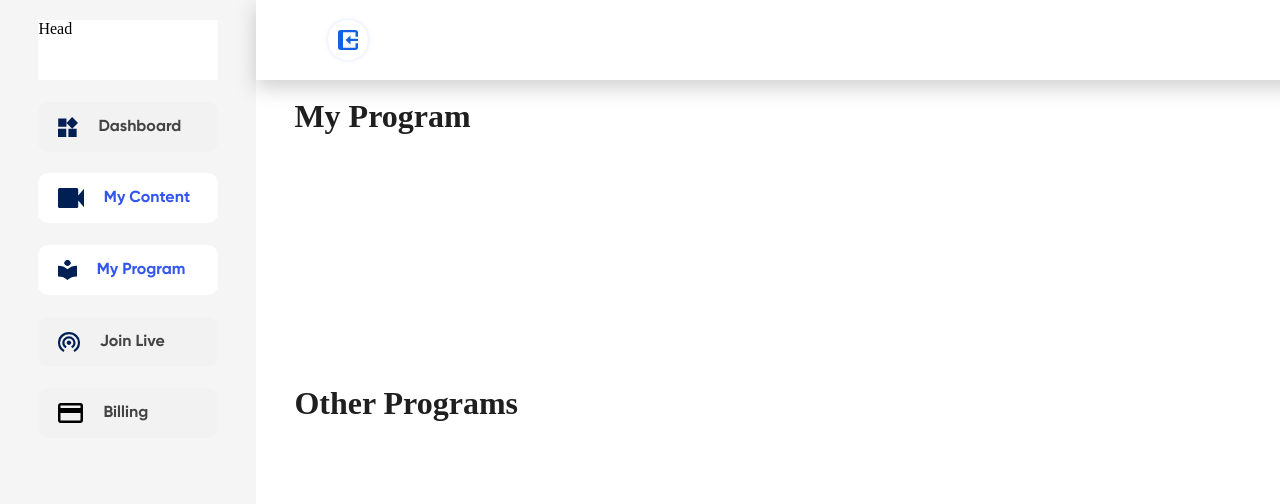
Repository: harshuuu18/crusp-admin
Page: /user/program
These files come from the project's save history. The page is drawn as it stood at one moment and after the next save; the edit follows.
The browser window is 1280 px wide. The pictures show the whole page.
The project was rebuilt for these pictures with package versions that can differ from the ones it lists, and the page was loaded fresh each time. Also part of the build but not shown: src/helpers/AuthUser.js, src/Components/Pages/Content/Content.js, src/Components/Pages/Batch/Batch.js, src/Components/Pages/MyProgram/Program.js, src/Components/Pages/Live/Session.js, src/Components/Pages/Live/Live.js, src/Components/Pages/Billing/Billing.js, src/Components/Pages/video/index.js.

Above is the page before, as saved 2022-01-24 21:30:16.

### src/App.js
/** @format */

import { React } from "react";
import Sidenav from "./Components/Sidenav";
import Topnav from "./Components/Topnav";
import { BrowserRouter as Router, Routes, Route } from "react-router-dom";
import Content from "./Components/Pages/Content/Content";
import MyProgram from "./Components/Pages/MyProgram/MyProgram";
import Live from "./Components/Pages/Live/Live";
import Billing from "./Components/Pages/Billing/Billing";
import "./App.css";
import Video from "./Components/Pages/video";

function App() {
	return (
		<>
			<Router>
				<Sidenav />
				<Topnav />
				<Routes>
					<Route path='/user' exact element={<Content />} />
					<Route path='/user/program' element={<MyProgram />} />
					<Route path='/user/live' element={<Live />} />
					<Route path='/user/billing' element={<Billing />} />
					<Route path='/user/content/:id' element={<Video />} />
				</Routes>
			</Router>
		</>
	);
}

export default App;

### src/Components/Sidenav.js
/** @format */

import React from "react";
import icontent from "../icons/content.svg";
import iprogram from "../icons/program.svg";
import ilive from "../icons/live.svg";
import idashboard from "../icons/dashboard.svg";
import ibill from "../icons/billing.svg";

import { BrowserRouter as Router, Link, NavLink } from "react-router-dom";

function Sidenav() {
	return (
		<div className='sidenav'>
			<div className='heading'>Head</div>
			<div className='nav-items'>
				<span className='nav-links'>
					<img src={idashboard} height='20px' /> Dashboard
				</span>
				<NavLink className='nav-links' to='/user'>
					<img src={icontent} height='20px' /> My Content
				</NavLink>
				<NavLink
					className='nav-links'
					to='/user/program'
					activeClassName='active'>
					{" "}
					<img src={iprogram} height='20px' />
					My Program{" "}
				</NavLink>
				<NavLink className='nav-links' to='/user/live'>
					<img src={ilive} height='20px' /> Join Live
				</NavLink>
				<NavLink className='nav-links' to='/user/billing'>
					{" "}
					<img src={ibill} height='20px' /> Billing
				</NavLink>
			</div>
		</div>
	);
}

export default Sidenav;

### src/Components/Topnav.js
/** @format */

import React from "react";
import back from "../icons/back.svg";

function Topnav() {
	return (
		<div className='topnav'>
			<div className='box' id='logout'>
				<img src={back} width='20px' alt='back'></img>
			</div>
			<div className='box' id='profile'></div>
		</div>
	);
}

export default Topnav;

### src/Components/Pages/MyProgram/MyProgram.js
import { React, useState, useContext } from "react";
import Program from "./Program";
import Programs from "./Programs";
import ProgramStateContext from "../../../Utilities/Context";

function MyProgram() {
  const [programState, setProgramState] = useState("");
  return (
    <>
      <ProgramStateContext.Provider value={{ programState, setProgramState }}>
        {programState ? <Program /> : <Programs />}
      </ProgramStateContext.Provider>
    </>
  );
}

export default MyProgram;

### src/App.css
/** @format */

@font-face {
	src: url(./fonts/Gilroy-Black.ttf);
	font-family: "GilroyBlack";
}
@font-face {
	src: url(./fonts/Gilroy-Bold.ttf);
	font-family: "GilroyBold";
}
@font-face {
	src: url(./fonts/Gilroy-Extrabold.ttf);
	font-family: "GilroyExtrabold";
}
@font-face {
	src: url(./fonts/Gilroy-Heavy.ttf);
	font-family: "GilroyHeavy";
}
@font-face {
	src: url(./fonts/Gilroy-Light.ttf);
	font-family: "GilroyLight";
}
@font-face {
	src: url(./fonts/Gilroy-Medium.ttf);
	font-family: "GilroyMedium";
}
@font-face {
	src: url(./fonts/Gilroy-Regular.ttf);
	font-family: "GilroyRegular";
}
@font-face {
	src: url(./fonts/Gilroy-Semibold.ttf);
	font-family: "GilroySemibold";
}
@font-face {
	src: url(./fonts/Gilroy-Thin.ttf);
	font-family: "GilroyThin";
}

* {
	margin: 0;
	padding: 0;
	box-sizing: border-box;
	font-family: "GilroyMedium";
}

html,
body {
	width: 100%;
	height: 100%;
	font-size: 16px;
}

.sidenav {
	width: 20vw;
	min-height: 100vh;
	position: fixed;
	left: 0;
	background-color: #f5f5f5;
}

.topnav {
	height: 10vh;
	width: 80vw;
	position: fixed;
	left: 20%;
	background-color: white;
	filter: drop-shadow(0 8px 10px rgba(0, 0, 0, 0.185));
	display: flex;
	align-items: center;
	justify-content: flex-end;
	padding-right: 2.3rem;
}

.main {
	min-height: 90vh;
	width: 80vw;
	/* background-color: yellow; */
	position: absolute;
	top: 10%;
	right: 0;
	padding: 2% 3%;
}

.heading {
	width: 70%;
	height: 60px;
	background-color: white;
	margin: 0 auto;
	margin-top: 20px;
}

.nav-items {
	width: 70%;
	height: 380px;
	/* background-color: yellowgreen; */
	margin: 0 auto;
	display: flex;
	flex-direction: column;
	justify-content: space-evenly;
}

.nav-links {
	text-decoration: none;
	display: flex;
	align-items: center;
	font-family: "GilroyBold";
	color: #444444;
	background-color: #f2f2f2;
	padding: 15px 20px;
	border-radius: 10px;
}
.nav-links img {
	margin-right: 20px;
}
.card-wrapper {
	width: 100%;
	height: 200px;
	/* background-color: aqua; */
	display: flex;
	overflow-x: scroll;
	/* transform: rotate(-90deg); */
	overflow-y: hidden;
	-webkit-overflow-scrolling: touch;
	margin: 25px 0;
}
body {
	overflow: overlay;
}
::-webkit-scrollbar {
	height: 8px;
	background-color: rgb(194, 193, 193);
}
::-webkit-scrollbar-thumb {
	background-color: rgb(134, 133, 133);
	border-radius: 10px;
}

.main h1,
h2 {
	color: #1f1f1f;
}
.main h2 {
	margin-top: 20px;
}
.main .card {
	width: 300px;
	height: 200px;
	text-align: center;
	margin-right: 20px;
}

.cardImg {
	width: 300px;
	height: 150px;
	background-color: #f5f5f5;
	border-radius: 10px;
	margin-bottom: 10px;
	background-repeat: no-repeat;
	background-size: cover;
	background-position: center;
}

.date {
	width: 100%;
	/* background-color: aqua; */
	/* filter: drop-shadow(0 0 10px #1463e146); */
	box-shadow: 0 0 10px #1463e146;
	padding: 10px;
	margin: 30px 0;
}

.session {
	width: 100%;
	height: 140px;
	/* background-color: aqua; */
	padding: 12px 18px;
	border-radius: 10px;
	display: flex;
	justify-content: space-between;
	border: solid 1px rgba(128, 128, 128, 0.267);
	margin-bottom: 20px;
}

.session-img {
	width: 22%;
	height: 100%;
	background-color: rgb(248, 248, 248);
	border-radius: 10px;
}
.session-content {
	width: 34%;
	height: 100%;
	/* background-color: bisque; */
}
.session-content p {
	font-family: "GilroyRegular";
	color: grey;
}
.session-content h3 {
	margin-bottom: 10px;
	color: rgb(68, 68, 68);
}
.session-join {
	width: 40%;
	height: 100%;
	/* background-color: yellow; */
	text-align: right;
	display: flex;
	flex-direction: column;
	justify-content: space-between;
}
.session-join a {
	font-size: 1.2rem;
	font-family: "GilroySemiBold";
}
.program-img {
	width: 460px;
	height: 200px;
	background-color: #f5f5f5;
	margin: 1.5rem 0;
	border-radius: 10px;
}

.title {
	font-size: 1.6rem;
	font-family: "GilroyRegular";
	margin-bottom: 1rem;
}

#back {
	margin-bottom: 1rem;
	font-family: "GilroyMedium";
	cursor: pointer;
}
#back:hover {
	color: blue;
}

.box {
	width: 40px;
	height: 40px;
	/* background-color: aqua; */
	box-shadow: 0 0 5px #1463e127;
	border-radius: 50%;
	margin-left: 2rem;
}

#profile {
	background-image: url(https://images.unsplash.com/photo-1531746020798-e6953c6e8e04?ixlib=rb-1.2.1&ixid=MnwxMjA3fDB8MHxwaG90by1wYWdlfHx8fGVufDB8fHx8&auto=format&fit=crop&w=764&q=80);
	background-size: cover;
}

#logout {
	display: flex;
	align-items: center;
	justify-content: center;
}

.active {
	background-color: rgb(255, 255, 255);
	color: rgb(50, 85, 240);
}

### src/network/services.js
/** @format */

import joi from "joi";
import axios from "axios";
import { baseUrl, host } from "../config";

axios.defaults.baseURL = `${baseUrl}/user/`;
axios.defaults.headers = { "Content-Type": "application/json" };
export const SignUpRoute = async ({ body }) => {
	try {
		const Schema = joi
			.object({
				firstName: joi.string().required(),
				lastName: joi.string().required(),
				email: joi.string().required(),
				password: joi.string().required(),
			})
			.validate(body);

		if (Schema.error) {
			return console.log(Schema.error.message);
		}
		let data = Schema.value;

		const response = await axios.post("auth/signup", data, {
			headers: {
				[host.key]: host.value, // replace this with window.location.hostname
			},
		});

		if (response.data.success) {
			console.log(response.data);
			return;
		}
	} catch (err) {
		console.log(err);
		return err;
	}
};

export const LogInRoute = async ({ body }) => {
	try {
		const Schema = joi
			.object({
				email: joi.string().required(),
				password: joi.string().required(),
			})
			.validate(body);

		if (Schema.error) {
			return console.log(Schema.error.message);
		}
		let data = Schema.value;

		const response = await axios.post("auth/login", data, {
			headers: {
				[host.key]: host.value, // replace this with window.location.hostname
			},
		});

		if (response.data.success) {
			console.log(response.data);
			return;
		}
	} catch (err) {
		console.log(err);
		return err;
	}
};

export const GetContentsRoute = async ({ setContent, token }) => {
	try {
		const schema = {
			select: {},
			project: {},
			limit: 20,
			skip: 0,
		};

		const response = await axios.post("content/getContents", schema, {
			headers: {
				[host.key]: host.value, // replace this with window.location.hostname
				authorization: `Bearer ${token}`,
			},
		});

		if (response.data.success) {
			// console.log({ data: response.data });
			setContent(response.data.data);
			return;
		}
	} catch (err) {
		console.log(err);
		return err;
	}
};

export const GetProgramsRoute = async ({ setProgram, token }) => {
	try {
		const schema = {
			select: {},
			project: {},
			limit: 20,
			skip: 0,
		};

		const response = await axios.post("program/getPrograms", schema, {
			headers: {
				[host.key]: host.value, // replace this with window.location.hostname
				authorization: `Bearer ${token}`,
			},
		});

		if (response.data.success) {
			console.log({ data: response.data });
			setProgram(response.data.data);
			return;
		}
	} catch (err) {
		console.log(err);
		return err;
	}
};

export const GetProgramByIdRoute = async ({
	progromId,
	setProgramState,
	token,
}) => {
	try {
		const response = await axios.get(`program/${progromId}`, {
			headers: {
				[host.key]: host.value, // replace this with window.location.hostname
				authorization: `Bearer ${token}`,
			},
		});

		if (response.data.success) {
			console.log({ data: response.data });
			setProgramState(response.data.data);
			return;
		}
	} catch (err) {
		console.log(err);
		return err;
	}
};

export const GetSessionsRoute = async ({ setSession, token }) => {
	try {
		const schema = {
			select: {},
			project: {},
			limit: 20,
			skip: 0,
		};

		const response = await axios.post("liveSessions/getSessions", schema, {
			headers: {
				[host.key]: host.value, // replace this with window.location.hostname
				authorization: `Bearer ${token}`,
			},
		});

		if (response.data.success) {
			console.log({ data: response.data });
			setSession(response.data.data);
			return;
		}
	} catch (err) {
		console.log(err);
		return err;
	}
};

### src/Components/Pages/MyProgram/Programs.js
import { React, useState, useContext, useEffect } from "react";
import Program from "./Program";
import ProgramStateContext from "../../../Utilities/Context";
import items from "./Data";
import {
  GetProgramByIdRoute,
  GetProgramsRoute,
} from "../../../network/services";

function Programs() {
  const { programState, setProgramState } = useContext(ProgramStateContext);
  const [user, setUser] = useState("");
  const [program, setProgram] = useState("");

  const onChangeHandler = (_id) => {
    // console.log(programState)
    GetProgramByIdRoute({
      progromId: _id,
      setProgramState,
      token: user.token,
    });
  };

  useEffect(() => {
    let _user = JSON.parse(localStorage.getItem("user"));
    if (_user) {
      setUser(_user);
      GetProgramsRoute({ setProgram, token: _user.token });
    }
  }, [programState]);

  return (
    <div className="main">
      <h1>My Program</h1>
      <div className="card-wrapper">
        {program
          ? program?.myPrograms.programsPurchased.map((elem, i) => {
              return (
                <div
                  className="card"
                  onClick={() => onChangeHandler(elem._id)}
                  key={i}
                >
                  <div
                    className="cardImg"
                    style={{
                      backgroundImage: `url(${elem.programThumbnail ?? ""})`,
                    }}
                  ></div>
                  <h5>{elem?.programTitle}</h5>
                </div>
              );
            })
          : ""}
      </div>
      <h1>Other Programs</h1>
      <div className="card-wrapper">
        {program
          ? program?.programs.map((elem, i) => {
              return (
                <div
                  className="card"
                  onClick={() => onChangeHandler(elem._id)}
                  key={elem._id}
                >
                  <div
                    className="cardImg"
                    style={{
                      backgroundImage: `url(${elem.programThumbnail ?? ""})`,
                    }}
                  ></div>
                  <h5>{elem.programTitle}</h5>
                </div>
              );
            })
          : ""}
      </div>
    </div>
  );
}

export default Programs;

### src/Utilities/Context.js
import { createContext } from "react";

let ProgramStateContext = createContext();

export default ProgramStateContext;

### src/Components/Pages/video/video.css
/** @format */

* {
	margin: 0;
	padding: 0;
	box-sizing: border-box;
	font-family: "Gilroy";
}
html,
body {
	width: 100%;
	height: 100%;
}

.topnav {
	height: 10vh;
	width: 100%;
	background-color: white;
	filter: drop-shadow(0 8px 10px rgba(0, 0, 0, 0.185));
	display: flex;
	align-items: center;
	justify-content: space-between;
	padding: 2.5rem;
}
.box {
	width: 40px;
	height: 40px;
	/* background-color: aqua; */
	box-shadow: 0 0 5px #1463e127;
	border-radius: 50%;
	margin-left: 2rem;
}
.items {
	display: flex;
}
#logout {
	display: flex;
	align-items: center;
	justify-content: center;
}
#section {
	width: 100%;
	min-height: 90vh;
	/* background-color: yellow; */
	padding: 20px 40px;
	display: flex;
	justify-content: space-between;
}
#left {
	width: 100%;
	min-height: 100%;
	/* background-color: yellowgreen; */
	border-radius: 10px 10px 0 0;
	padding: 10px;
	box-shadow: -5px 0 10px rgba(0, 0, 0, 0.068);
	box-shadow: 5px 0 10px rgba(0, 0, 0, 0.068);
}
#right {
	width: 100%;
	min-height: 100%;
	margin: 10px 0;
	/* background-color: violet; */
	border-radius: 10px 10px 0 0;
}

#video video {
	border-radius: 10px;
	/* transform: scale(1.3); */
}
.buttons {
	display: flex;
	justify-content: space-between;
	margin-bottom: 30px;
}
.buttons button {
	padding: 15px 40px;
	background-color: rgb(42, 96, 212);
	color: white;
	font-weight: 700;
	border: none;
	border-radius: 10px;
	font-size: 16px;
}
aside {
	border-radius: 10px 10px 0 0;
	margin-top: 10px;
	padding: 10px;
	box-shadow: -4px 0 10px rgba(0, 0, 0, 0.185);
	box-shadow: 4px 0 10px rgba(0, 0, 0, 0.185);
}
.video-elem {
	width: 70%;
	display: flex;
	justify-content: space-between;
	margin-top: 20px;
}
.video-elem p {
	font-size: 10px;
	margin-top: 10px;
}
.video-elem div {
	margin-left: 15px;
}
.video-elem img {
	border-radius: 10px;
}

### src/config/index.js
module.exports = {
  baseUrl: "https://demo.cruspo.com/api",
  host: {
    key: "cruspohost",
    value: "keshavsuman.cruspo.com",
  },
};

### src/Components/Pages/MyProgram/Data.js
export default [
    {
        id:1,
        description: 'Lorem ipsum dolor sit amet, consectetur adipisicing elit. Neque ea, ab aperiam necessitatibus adipisci sunt facilis itaque non enim est!'
    },
    {
        id:2,
        description: 'Lorem ipsum dolor sit amet, consectetur adipisicing elit. Neque ea, ab aperiam necessitatibus adipisci sunt facilis itaque non enim est!'
    },
    {
        id:3,
        description: 'Lorem ipsum dolor sit amet, consectetur adipisicing elit. Neque ea, ab aperiam necessitatibus adipisci sunt facilis itaque non enim est!'
    }
];

Loaded but not shown: public/index.html (common file); src/index.js (common file)

After the next save:
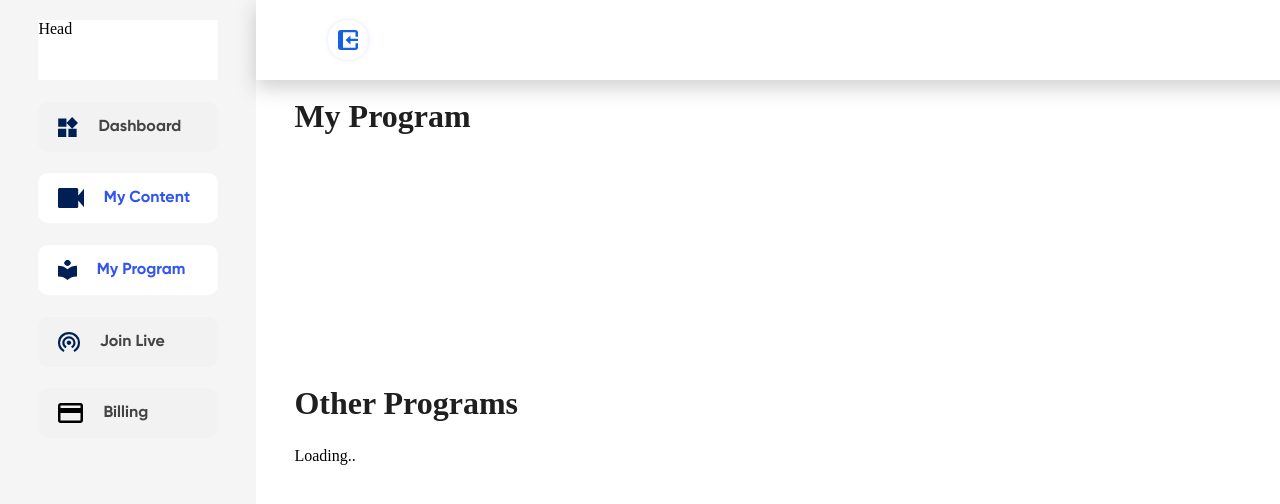
Saved 31 s later.
--- a/src/Components/Pages/MyProgram/Programs.js
+++ b/src/Components/Pages/MyProgram/Programs.js
@@ -1,82 +1,80 @@
+/** @format */
+
 import { React, useState, useContext, useEffect } from "react";
 import Program from "./Program";
 import ProgramStateContext from "../../../Utilities/Context";
 import items from "./Data";
 import {
-  GetProgramByIdRoute,
-  GetProgramsRoute,
+	GetProgramByIdRoute,
+	GetProgramsRoute,
 } from "../../../network/services";
 
 function Programs() {
-  const { programState, setProgramState } = useContext(ProgramStateContext);
-  const [user, setUser] = useState("");
-  const [program, setProgram] = useState("");
+	const { programState, setProgramState } = useContext(ProgramStateContext);
+	const [user, setUser] = useState("");
+	const [program, setProgram] = useState("");
 
-  const onChangeHandler = (_id) => {
-    // console.log(programState)
-    GetProgramByIdRoute({
-      progromId: _id,
-      setProgramState,
-      token: user.token,
-    });
-  };
+	const onChangeHandler = (_id) => {
+		// console.log(programState)
+		GetProgramByIdRoute({
+			progromId: _id,
+			setProgramState,
+			token: user.token,
+		});
+	};
 
-  useEffect(() => {
-    let _user = JSON.parse(localStorage.getItem("user"));
-    if (_user) {
-      setUser(_user);
-      GetProgramsRoute({ setProgram, token: _user.token });
-    }
-  }, [programState]);
+	useEffect(() => {
+		let _user = JSON.parse(localStorage.getItem("user"));
+		if (_user) {
+			setUser(_user);
+			GetProgramsRoute({ setProgram, token: _user.token });
+		}
+	}, [programState]);
 
-  return (
-    <div className="main">
-      <h1>My Program</h1>
-      <div className="card-wrapper">
-        {program
-          ? program?.myPrograms.programsPurchased.map((elem, i) => {
-              return (
-                <div
-                  className="card"
-                  onClick={() => onChangeHandler(elem._id)}
-                  key={i}
-                >
-                  <div
-                    className="cardImg"
-                    style={{
-                      backgroundImage: `url(${elem.programThumbnail ?? ""})`,
-                    }}
-                  ></div>
-                  <h5>{elem?.programTitle}</h5>
-                </div>
-              );
-            })
-          : ""}
-      </div>
-      <h1>Other Programs</h1>
-      <div className="card-wrapper">
-        {program
-          ? program?.programs.map((elem, i) => {
-              return (
-                <div
-                  className="card"
-                  onClick={() => onChangeHandler(elem._id)}
-                  key={elem._id}
-                >
-                  <div
-                    className="cardImg"
-                    style={{
-                      backgroundImage: `url(${elem.programThumbnail ?? ""})`,
-                    }}
-                  ></div>
-                  <h5>{elem.programTitle}</h5>
-                </div>
-              );
-            })
-          : ""}
-      </div>
-    </div>
-  );
+	return (
+		<div className='main'>
+			<h1>My Program</h1>
+			<div className='card-wrapper'>
+				{program
+					? program?.myPrograms.programsPurchased.map((elem, i) => {
+							return (
+								<div
+									className='card'
+									onClick={() => onChangeHandler(elem._id)}
+									key={i}>
+									<div
+										className='cardImg'
+										style={{
+											backgroundImage: `url(${elem.programThumbnail ?? ""})`,
+										}}></div>
+									<h5>{elem?.programTitle}</h5>
+								</div>
+							);
+					  })
+					: ""}
+			</div>
+			<h1>Other Programs</h1>
+			<div className='card-wrapper'>
+				{program
+					? program?.programs.map((elem, i) => {
+							return (
+								<div
+									className='card'
+									onClick={() => onChangeHandler(elem._id)}
+									key={elem._id}>
+									<div
+										className='cardImg'
+										style={{
+											backgroundImage: `url(${elem.programThumbnail ?? ""})`,
+										}}></div>
+									<h5>{elem.programTitle}</h5>
+								</div>
+							);
+					  })
+					: "Loading.."}
+			</div>
+		</div>
+	);
 }
 
 export default Programs;
